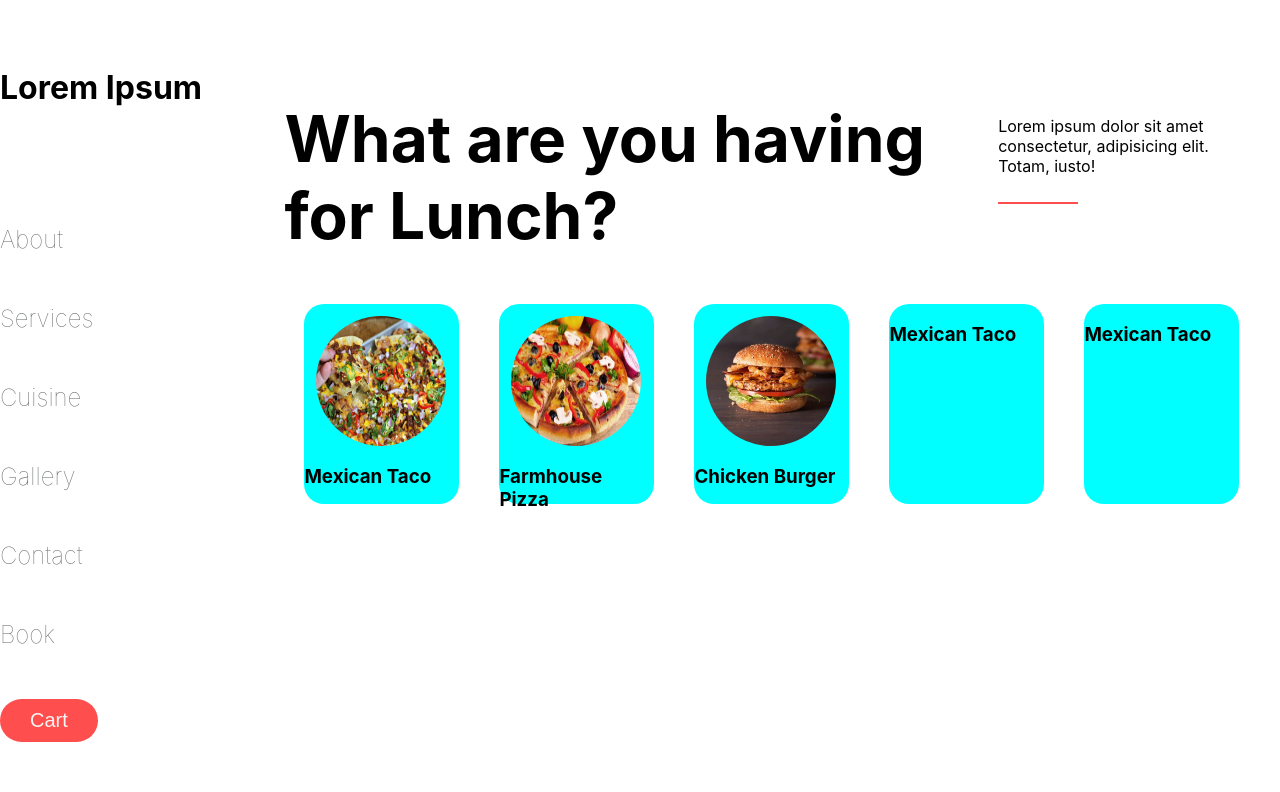
Repository: Marlstergo/assignment2
Page: /
These files come from the project's save history. The page is drawn as it stood at one moment and after the next save; the edit follows.
The browser window is 1280 px wide. The pictures show the whole page.
The project was rebuilt for these pictures with package versions that can differ from the ones it lists, and the page was loaded fresh each time.

Above is the page before, as saved 2021-07-27 02:59:53.

### src/App.js
import logo from "./logo.svg";
import "./App.css";

import Nachos from "./asset/nachos.png";
import Taco from "./asset/taco.png";
import Noodles from "./asset/noodles.png";
import Pizza from "./asset/pizza.png";
import Chicken from "./asset/chicken.png";

function App() {
  return (
    <div className="container">
      <div className="full">
        <div className="sidebar">
          <div className="logo">
            <h1>Lorem Ipsum</h1>
          </div>
          <div className="items">
            <div className="item">
              <h2 className="">About</h2>
            </div>
            <div className="item">
              <h2 className="">Services</h2>
            </div>
            <div className="item">
              <h2 className="">Cuisine</h2>
            </div>
            <div className="item">
              <h2 className="">Gallery</h2>
            </div>
            <div className="item">
              <h2 className="">Contact</h2>
            </div>
            <div className="item">
              <h2 className="">Book</h2>
            </div>
            <div className="item">
              <button className="button">Cart</button>
            </div>
          </div>
        </div>
        <div className="main-view">
          <div className="hero">
            <div className="title">
              <h1 className="">What are you having for Lunch?</h1>
            </div>
            <div className="paragraph">
              <p className="">
                Lorem ipsum dolor sit amet consectetur, adipisicing elit. Totam,
                iusto!
              </p>
              <div className="divider" />
            </div>
          </div>
          <div className="row">
            <div className="cell">
              <div className="imagediv">
                {/* image */}
                <img src={Nachos} alt="nachos" className="" />
              </div>
              <div className="">
                <h3 className="">Mexican Taco</h3>
              </div>
            </div>
            <div className="cell">
              <div className="imagediv">
                <img src={Pizza} alt="pizza" className="" />
                {/* image */}
              </div>
              <div className="">
                <h3 className="">Farmhouse Pizza</h3>
              </div>
            </div>
            <div className="cell">
              <div className="imagediv">
                {/* image */}
                <img src={Chicken} alt="chicken" className="" />
              </div>
              <div className="">
                <h3 className="">Chicken Burger</h3>
              </div>
            </div>
            <div className="cell">
              <div className="">{/* image */}</div>
              <div className="">
                <h3 className="">Mexican Taco</h3>
              </div>
            </div>
            <div className="cell">
              <div className="">{/* image */}</div>
              <div className="">
                <h3 className="">Mexican Taco</h3>
              </div>
            </div>
          </div>
        </div>
      </div>
    </div>
  );
}

export default App;

### src/App.css
.container {
  height: 100vh;
  width: 100%;
  /* padding-left: 1.5rem;
  padding-right: 1.5rem; */
}

@media screen and (min-width: 640px) {
  .container {
    max-width: 640px;
    margin: 0 auto;
  }
}

@media screen and (min-width: 768px) {
  .container {
    max-width: 768px;
  }
}

@media screen and (min-width: 1024px) {
  .container {
    max-width: 1024px;
    /* padding-left: 4rem;
    padding-right: 4rem; */
  }
}

@media screen and (min-width: 1280px) {
  .container {
    max-width: 1280px;
    /* padding-left: 5rem;
    padding-right: 5rem; */
  }
}

@media screen and (min-width: 1536px) {
  .container {
    max-width: 1536px;
  }
}

.full {
  display: grid;
  grid-template-columns: repeat(9, minmax(0, 1fr));
  height: 100%;
}

.sidebar {
  grid-column: span 2 / span 2;
  /* margin: auto 0; */
}
.logo{
  height: 175px;
  display: flex;
  align-items: center;
  /* justify-content: center; */

}

.items{

}

.item{
  color: rgb(101, 106, 104);
  font-weight: 100;
  margin: 50px 0px;
}
.item h2{
  font-weight: 100;

}

.button{
  padding: 10px 30px;
  font-size: 20px;
  border-radius: 50px;
  background-color: rgb(255,78,78);
  border: 0;
  color: whitesmoke;
}

.logo h1{
  padding: auto auto;
}

.main-view{
  grid-column: span 7 / span 7;
}

.row{
  display: flex;
  /* overflow-x: scroll; */

}

.hero{
  margin: 50px 0px;
  margin-top: 100px;
  display: grid;
  grid-template-columns: repeat(9, minmax(0, 1fr));

}
.paragraph{
  grid-column: span 3 / span 3;
  padding: 0 50px;
  border: 10px;
}

.divider{
  border-bottom: 2px solid rgb(255,78,78);
  /* border-color: rgb(255,78,78); */
  width: 80px;
  height: 10px;
}

.title{
  grid-column: span 6 / span 6;
  font-size: 2rem;

}

h1{
  margin: 0;
}

.cell{
  margin-left: 20px;
  margin-right: 20px;
  background-color: aqua;
  border-radius: 20px;
  height: 200px;
  width: 155px;
}

.imagediv{
  margin: 12px;
  height: 130px;
  width: 130px;
  border-radius: 100%;
  overflow: hidden;
  display: flex;
  justify-content: center;
  align-items: center;
}

img{
  width: 100%;
  height: 100%;
}

Loaded but not shown: public/index.html (common file); src/index.js (common file); src/index.css (common file); src/reportWebVitals.js (common file)

After the next save:
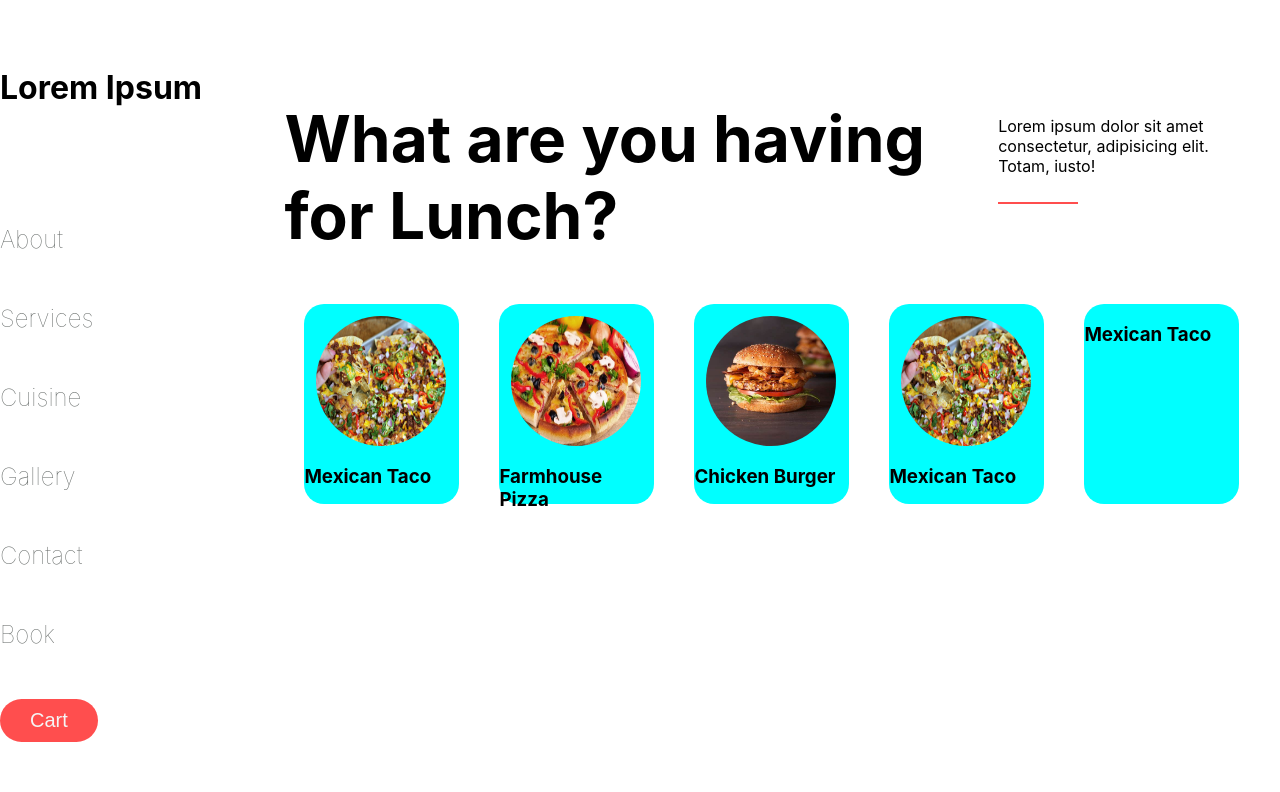
Saved 24 s later.
--- a/src/App.js
+++ b/src/App.js
@@ -81,7 +81,7 @@ function App() {
               </div>
             </div>
             <div className="cell">
-              <div className="">{/* image */}</div>
+              <div className="imagediv">{/* image */}<img src={Nachos} alt="nachos" className="" /></div>
               <div className="">
                 <h3 className="">Mexican Taco</h3>
               </div>
